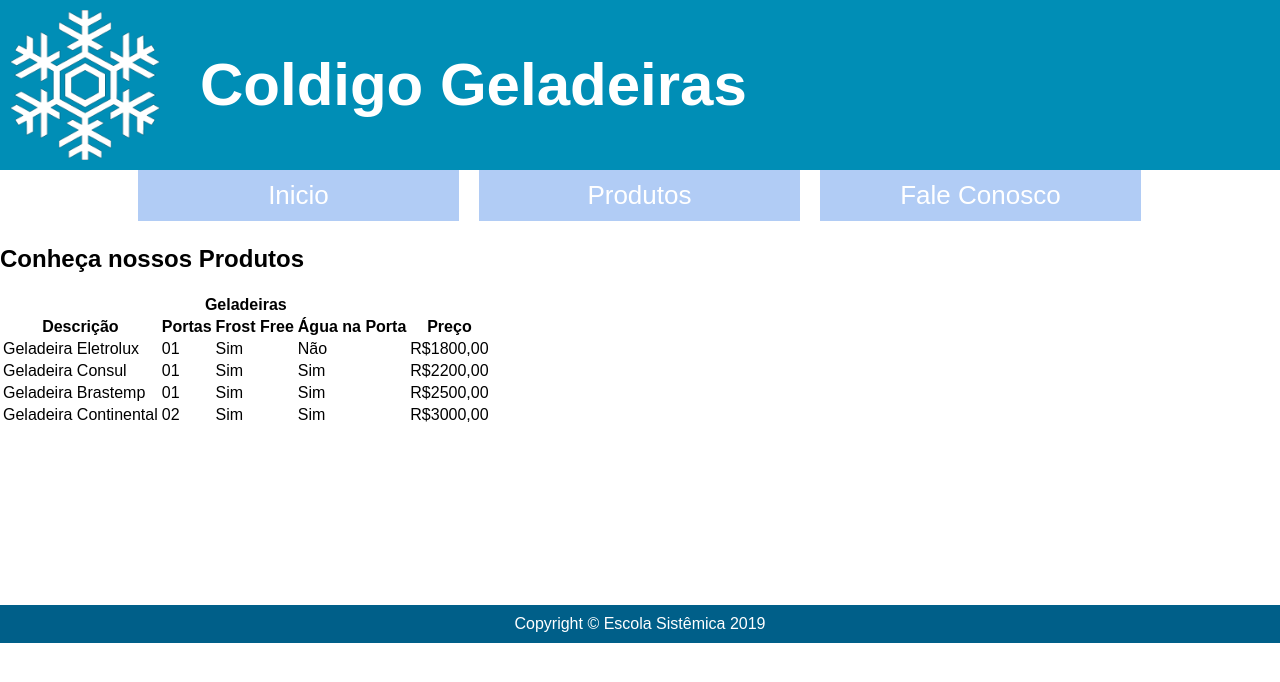
Repository: VandersonCani/Front-End
Page: ProjetoTrilhaWeb/src/main/webapp/WEB-INF/pages/site/produtos.html
The author's editor kept a copy of each file at every save. The page is drawn from the files as they stood at one save, then again after the next save.
The browser window is 1280 px wide. The pictures show the whole page.

Above is the page before, as saved 2024-05-08 00:24:11.

After the next save:
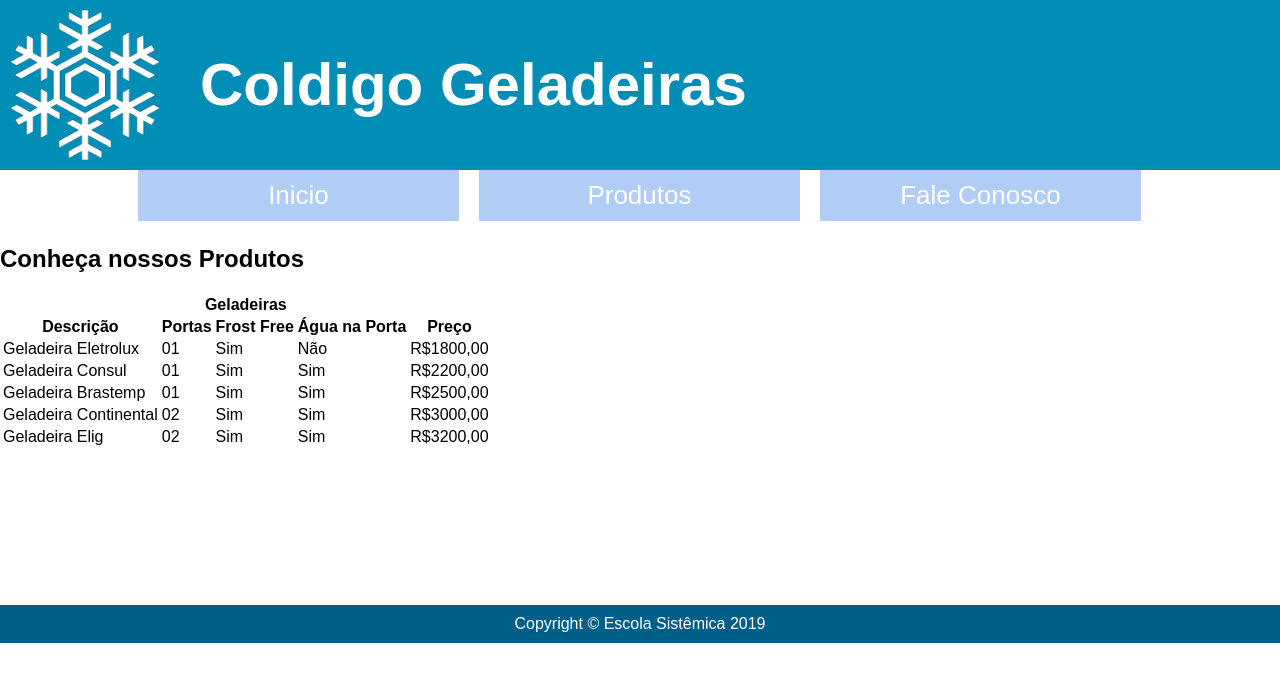
Saved 26 s later.
--- a/ProjetoTrilhaWeb/src/main/webapp/WEB-INF/pages/site/produtos.html
+++ b/ProjetoTrilhaWeb/src/main/webapp/WEB-INF/pages/site/produtos.html
@@ -64,6 +64,13 @@
 					<td>Sim</td>
 					<td>R$3000,00</td>
 				</tr>
+				<tr>
+					<td>Geladeira Elig</td>
+					<td>02</td>
+					<td>Sim</td>
+					<td>Sim</td>
+					<td>R$3200,00</td>
+				</tr>
 
 			</tbody>
 		</table>
